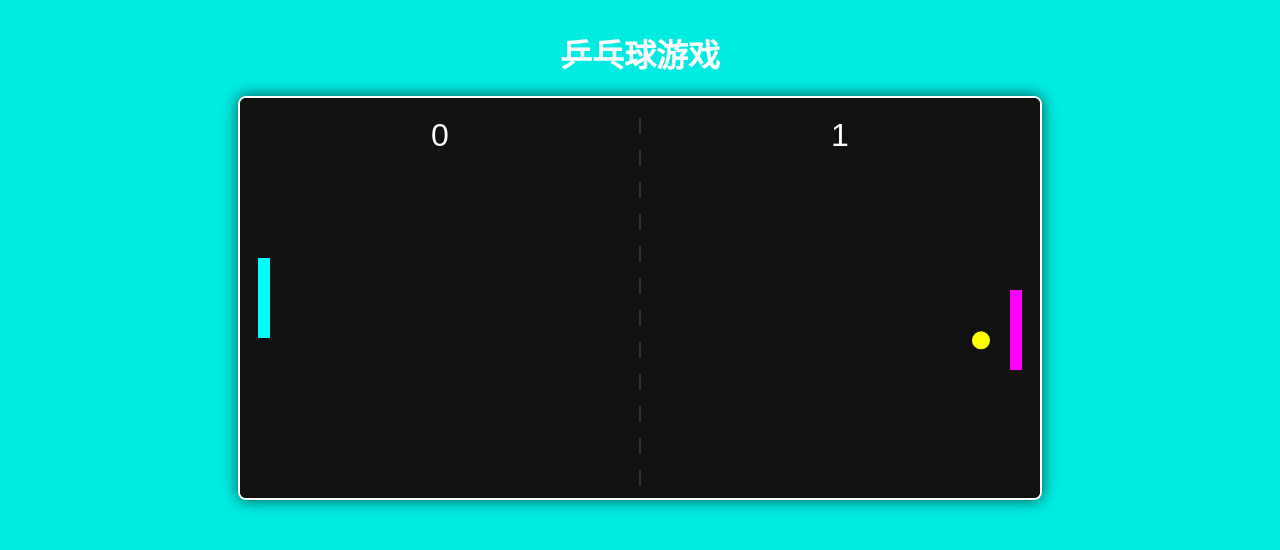
Repository: zjccc123/demo
Page: index.html
An editor plug-in stored every save of this project. The page is shown before and after the next save, followed by the edit.
The browser window is 1280 px wide. The pictures show the whole page.

Above is the page before, as saved 2025-06-14 18:29:21.

### index.html
<!DOCTYPE html>
<html lang="en">
<head>
    <meta charset="UTF-8">
    <title>乒乓球游戏</title>
    <link rel="stylesheet" href="style.css">
</head>
<body>
    <h1>乒乓球游戏</h1>
    <canvas id="pongCanvas" width="800" height="400"></canvas>
    <script src="game.js"></script>
</body>
</html>

### style.css
body {
    background: #00ece1;
    color: #fff;
    text-align: center;
    font-family: Arial, sans-serif;
    margin: 0;
    padding: 0;
}

h1 {
    margin-top: 30px;
    margin-bottom: 10px;
    font-size: 2em;
}

#pongCanvas {
    background: #111;
    display: block;
    margin: 20px auto 0 auto;
    border: 2px solid #fff;
    border-radius: 8px;
    box-shadow: 0 0 16px #000a;
}

### game.js
// const canvas = document.getElementById('pongCanvas');
const canvas = document.getElementById('pongCanvas')
const ctx = canvas.getContext('2d');

// Game constants
const PADDLE_WIDTH = 12;
const PADDLE_HEIGHT = 80;
const BALL_RADIUS = 9;

const PLAYER_X = 18;
const AI_X = canvas.width - PADDLE_WIDTH - 18;

// Game objects
let playerY = (canvas.height - PADDLE_HEIGHT) / 2;
let aiY = (canvas.height - PADDLE_HEIGHT) / 2;

let ballX = canvas.width / 2;
let ballY = canvas.height / 2;
let ballSpeedX = 5 * (Math.random() < 0.5 ? -1 : 1);
let ballSpeedY = 3 * (Math.random() * 2 - 1);

let playerScore = 0;
let aiScore = 0;

// Mouse control
canvas.addEventListener('mousemove', (e) => {
    const rect = canvas.getBoundingClientRect();
    const mouseY = e.clientY - rect.top;
    playerY = mouseY - PADDLE_HEIGHT / 2;
    // Clamp paddle within canvas
    playerY = Math.max(Math.min(playerY, canvas.height - PADDLE_HEIGHT), 0);
});

// AI logic
function updateAI() {
    const center = aiY + PADDLE_HEIGHT / 2;
    if (center < ballY - 10) {
        aiY += 4;
    } else if (center > ballY + 10) {
        aiY -= 4;
    }
    // Clamp paddle within canvas
    aiY = Math.max(Math.min(aiY, canvas.height - PADDLE_HEIGHT), 0);
}

// Ball and collision logic
function resetBall(direction = 1) {
    ballX = canvas.width / 2;
    ballY = canvas.height / 2;
    ballSpeedX = 5 * direction;
    ballSpeedY = 3 * (Math.random() * 2 - 1);
}

function updateBall() {
    ballX += ballSpeedX;
    ballY += ballSpeedY;

    // Top and bottom collision
    if (ballY - BALL_RADIUS < 0) {
        ballY = BALL_RADIUS;
        ballSpeedY *= -1;
    }
    if (ballY + BALL_RADIUS > canvas.height) {
        ballY = canvas.height - BALL_RADIUS;
        ballSpeedY *= -1;
    }

    // Left paddle collision
    if (
        ballX - BALL_RADIUS < PLAYER_X + PADDLE_WIDTH &&
        ballY + BALL_RADIUS > playerY &&
        ballY - BALL_RADIUS < playerY + PADDLE_HEIGHT &&
        ballSpeedX < 0
    ) {
        ballX = PLAYER_X + PADDLE_WIDTH + BALL_RADIUS;
        ballSpeedX *= -1;
        // Add a bit of deflection based on where the ball hits the paddle
        let hit = (ballY - (playerY + PADDLE_HEIGHT / 2)) / (PADDLE_HEIGHT / 2);
        ballSpeedY += hit * 2;
    }

    // Right paddle collision
    if (
        ballX + BALL_RADIUS > AI_X &&
        ballY + BALL_RADIUS > aiY &&
        ballY - BALL_RADIUS < aiY + PADDLE_HEIGHT &&
        ballSpeedX > 0
    ) {
        ballX = AI_X - BALL_RADIUS;
        ballSpeedX *= -1;
        let hit = (ballY - (aiY + PADDLE_HEIGHT / 2)) / (PADDLE_HEIGHT / 2);
        ballSpeedY += hit * 2;
    }

    // Score logic
    if (ballX - BALL_RADIUS < 0) {
        aiScore += 1;
        resetBall(1);
    }
    if (ballX + BALL_RADIUS > canvas.width) {
        playerScore += 1;
        resetBall(-1);
    }
}

// Drawing functions
function drawRect(x, y, w, h, color) {
    ctx.fillStyle = color;
    ctx.fillRect(x, y, w, h);
}

function drawCircle(x, y, r, color) {
    ctx.fillStyle = color;
    ctx.beginPath();
    ctx.arc(x, y, r, 0, Math.PI * 2, false);
    ctx.closePath();
    ctx.fill();
}

function drawNet() {
    ctx.strokeStyle = '#fff2';
    ctx.lineWidth = 2;
    for (let i = 20; i < canvas.height; i += 32) {
        ctx.beginPath();
        ctx.moveTo(canvas.width / 2, i);
        ctx.lineTo(canvas.width / 2, i + 16);
        ctx.stroke();
    }
}

function drawScore() {
    ctx.font = '32px Arial';
    ctx.fillStyle = '#fff';
    ctx.textAlign = 'center';
    ctx.fillText(playerScore, canvas.width * 0.25, 48);
    ctx.fillText(aiScore, canvas.width * 0.75, 48);
}

function render() {
    // Clear
    drawRect(0, 0, canvas.width, canvas.height, '#111');

    // Net
    drawNet();

    // Paddles
    drawRect(PLAYER_X, playerY, PADDLE_WIDTH, PADDLE_HEIGHT, '#0ff');
    drawRect(AI_X, aiY, PADDLE_WIDTH, PADDLE_HEIGHT, '#f0f');

    // Ball
    drawCircle(ballX, ballY, BALL_RADIUS, '#ff0');

    // Scores
    drawScore();
}

// Main loop
function gameLoop() {
    updateAI();
    updateBall();
    render();
    requestAnimationFrame(gameLoop);
}

// Start the game
gameLoop();

After the next save:
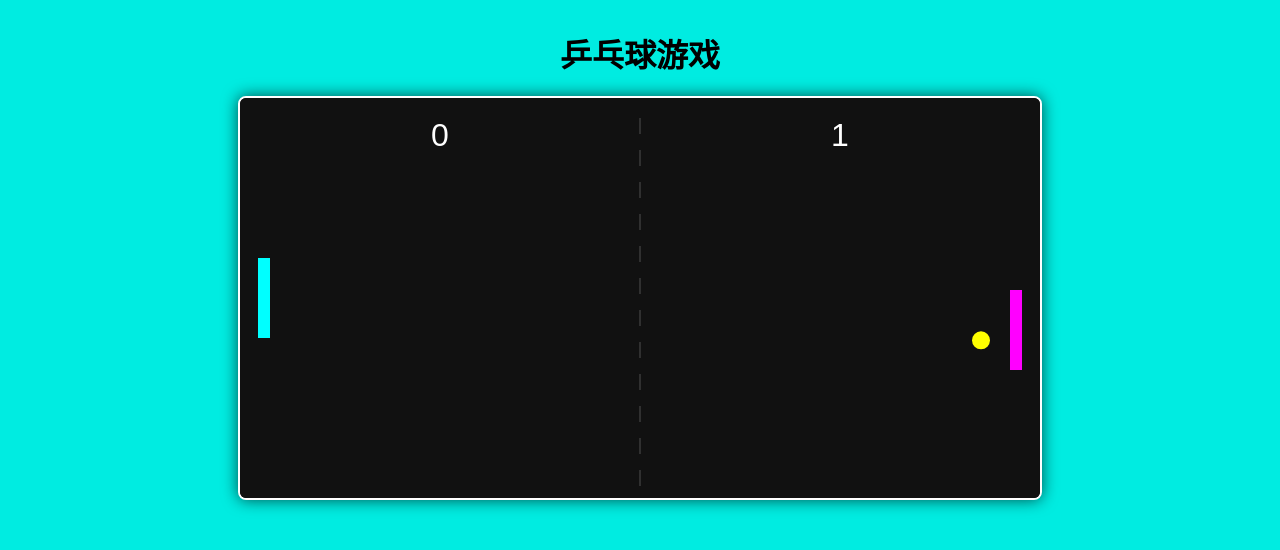
Saved 8 min 37 s later.
--- a/style.css
+++ b/style.css
@@ -1,6 +1,6 @@
 body {
     background: #00ece1;
-    color: #fff;
+    /* color: #fff; */
     text-align: center;
     font-family: Arial, sans-serif;
     margin: 0;

After the 2 saves that followed:
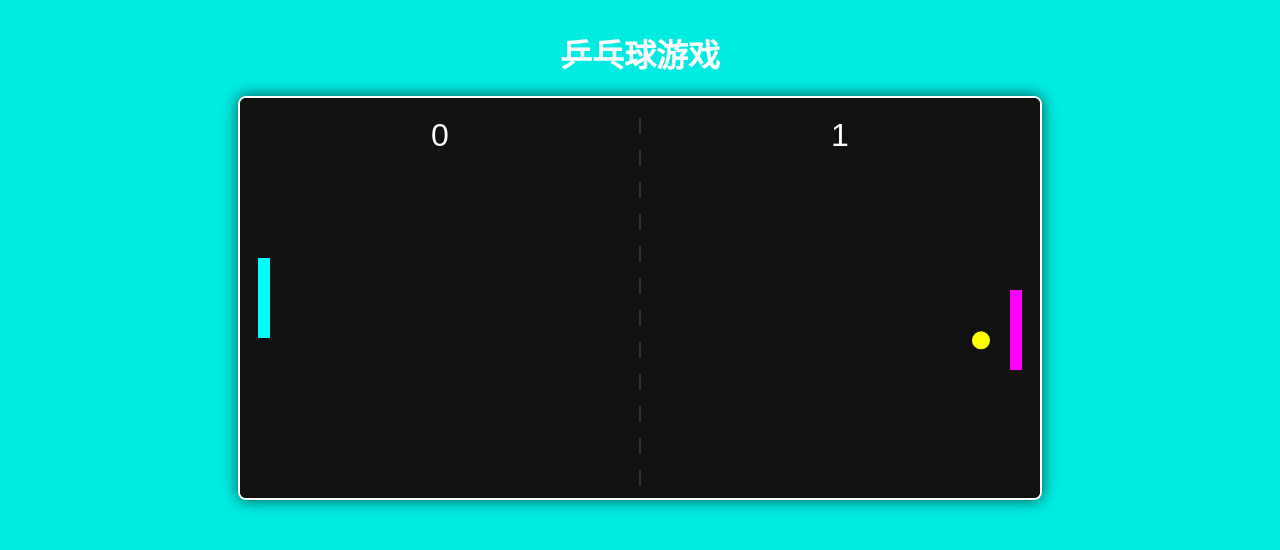
The 2 saves are shown as one change because they came seconds apart.
The last was saved 13 s later.
--- a/style.css
+++ b/style.css
@@ -1,6 +1,6 @@
 body {
     background: #00ece1;
-    /* color: #fff; */
+    color: #fff;
     text-align: center;
     font-family: Arial, sans-serif;
     margin: 0;
